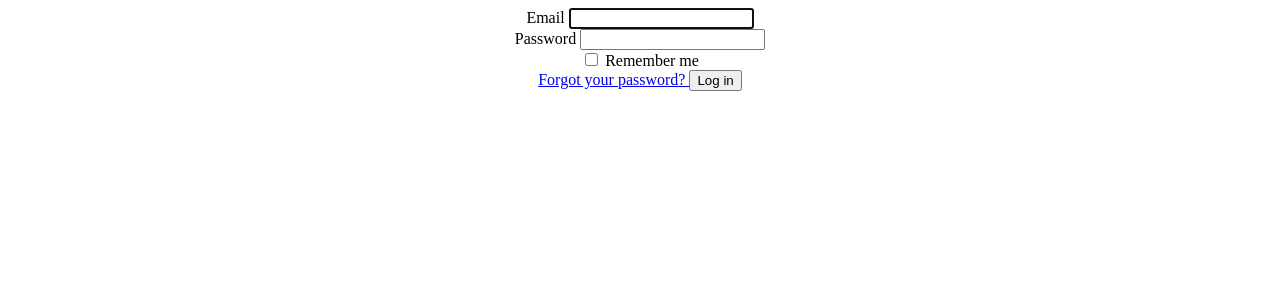
Repository: lookmanola/gestion_scolaire
Page: http://localhost/login
These files come from the project's save history. The page is drawn as it stood at one moment and after a run of saves; the edit follows.
The browser window is 1280 px wide. The pictures show the whole page.
The page is served by the project's Laravel application, run on PHP 8.4 with Laravel 8. Other server files are loaded and not shown.

Above is the page before, as saved 2021-10-15 10:18:13.

### example-app/resources/views/auth/login.blade.php
<x-guest-layout>
    <x-auth-card>
        <x-slot name="logo">

        </x-slot>

        <!-- Session Status -->
        <x-auth-session-status class="mb-4" :status="session('status')" />

        <!-- Validation Errors -->
        <x-auth-validation-errors class="mb-4" :errors="$errors" />

        <form method="POST" action="{{ route('login') }}">
            @csrf
            <div style="display: flex; justify-content:center; flex-direction:column; align-items:center; withd:10px">

                <!-- Email Address -->
                <div>
                    <x-label for="email" :value="__('Email')" />

                    <x-input id="email" class="style" type="email" name="email" :value="old('email')" required
                        autofocus />
                </div>

                <!-- Password -->
                <div class="mt-4">
                    <x-label for="password" :value="__('Password')" />

                    <x-input id="password" class="block mt-1 w-full" type="password" name="password" required
                        autocomplete="current-password" />
                </div>

                <!-- Remember Me -->
                <div class="block mt-4">
                    <label for="remember_me" class="inline-flex items-center">
                        <input id="remember_me" type="checkbox"
                            class="rounded border-gray-300 text-indigo-600 shadow-sm focus:border-indigo-300 focus:ring focus:ring-indigo-200 focus:ring-opacity-50"
                            name="remember">
                        <span class="ml-2 text-sm text-gray-600">{{ __('Remember me') }}</span>
                    </label>
                </div>

                <div class="flex items-center justify-end mt-4">
                    @if (Route::has('password.request'))
                        <a class="underline text-sm text-gray-600 hover:text-gray-900"
                            href="{{ route('password.request') }}">
                            {{ __('Forgot your password?') }}
                        </a>
                    @endif

                    <x-button class="ml-3">
                        {{ __('Log in') }}
                    </x-button>
                </div>
            </div>
        </form>
    </x-auth-card>
</x-guest-layout>

Loaded but not shown: example-app/routes/web.php (common file); example-app/routes/auth.php (common file); example-app/app/Http/Controllers/Auth/AuthenticatedSessionController.php (common file); example-app/app/Http/Controllers/Controller.php (common file); example-app/app/View/Components/GuestLayout.php (common file); example-app/resources/views/components/auth-session-status.blade.php (common file); example-app/resources/views/components/auth-validation-errors.blade.php (common file); example-app/resources/views/components/label.blade.php (common file); example-app/resources/views/components/input.blade.php (common file); example-app/resources/views/components/button.blade.php (common file); example-app/resources/views/components/auth-card.blade.php (common file); example-app/resources/views/layouts/guest.blade.php (common file); example-app/public/js/app.js (library); example-app/public/css/app.css (empty)

After the next 2 saves:
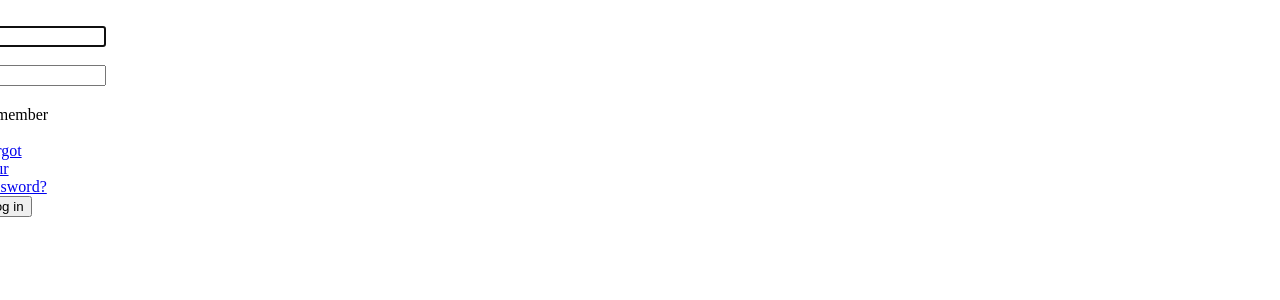
The 2 saves are shown as one change because they came seconds apart.
The last was saved 17 s later.
--- a/example-app/resources/views/auth/login.blade.php
+++ b/example-app/resources/views/auth/login.blade.php
@@ -12,7 +12,7 @@
 
         <form method="POST" action="{{ route('login') }}">
             @csrf
-            <div style="display: flex; justify-content:center; flex-direction:column; align-items:center; withd:10px">
+            <div style="display: flex; justify-content:center; flex-direction:column; align-items:center; width:10px">
 
                 <!-- Email Address -->
                 <div>
